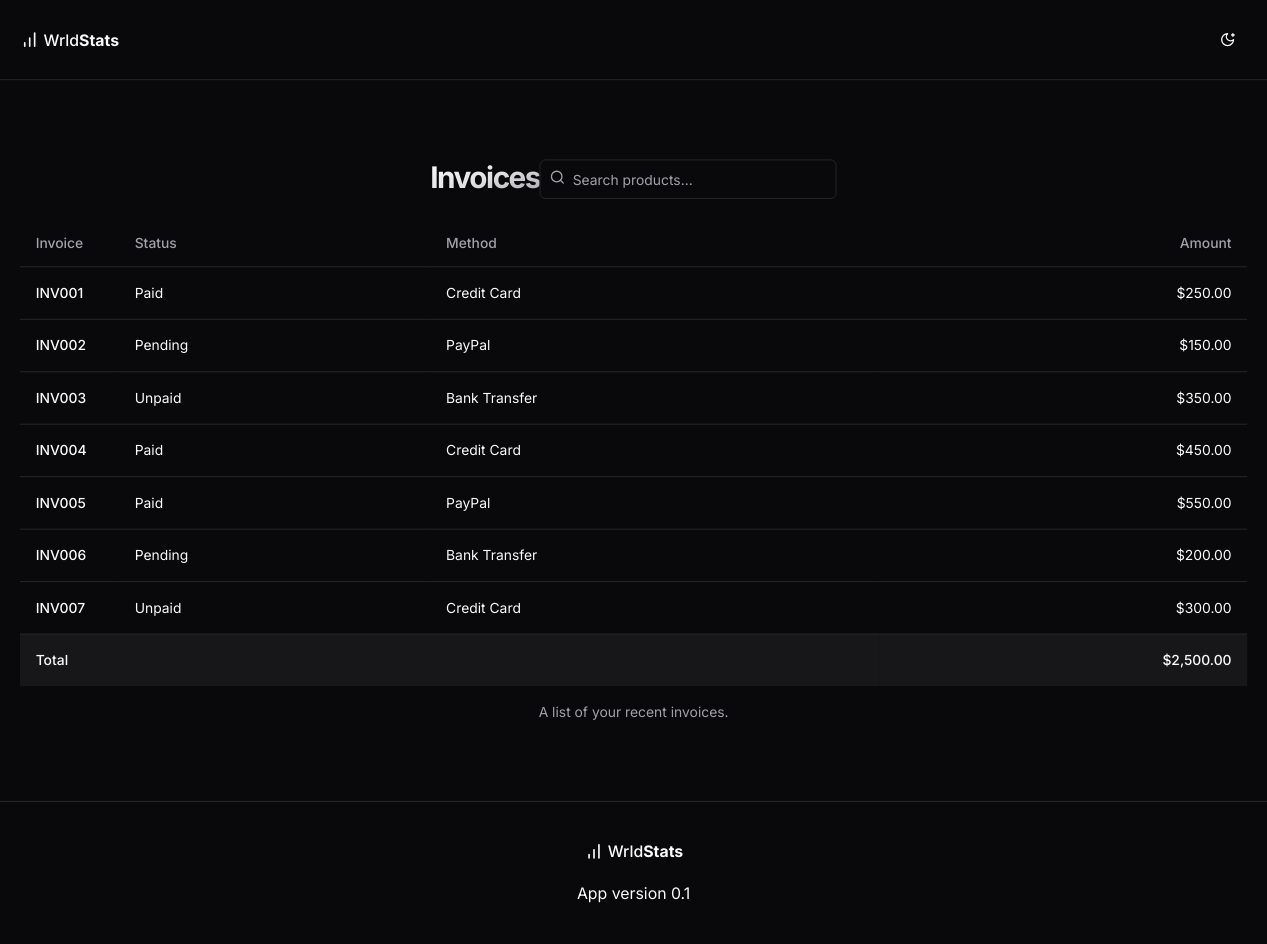
Repository: tushcmd/wrld-stats
Page: /
These files come from the project's save history. The page is drawn as it stood at one moment and after the next save; the edit follows.
The browser window is 1280 px wide. The pictures show the whole page, at 99% of full size.
The project was rebuilt for these pictures with package versions that can differ from the ones it lists, and the page was loaded fresh each time. The framework's server and built-in components were replaced by stand-ins that run in the browser. Also part of the build but not shown: next.config.mjs.

Above is the page before, as saved 2024-04-21 17:11:08.

After the next save:
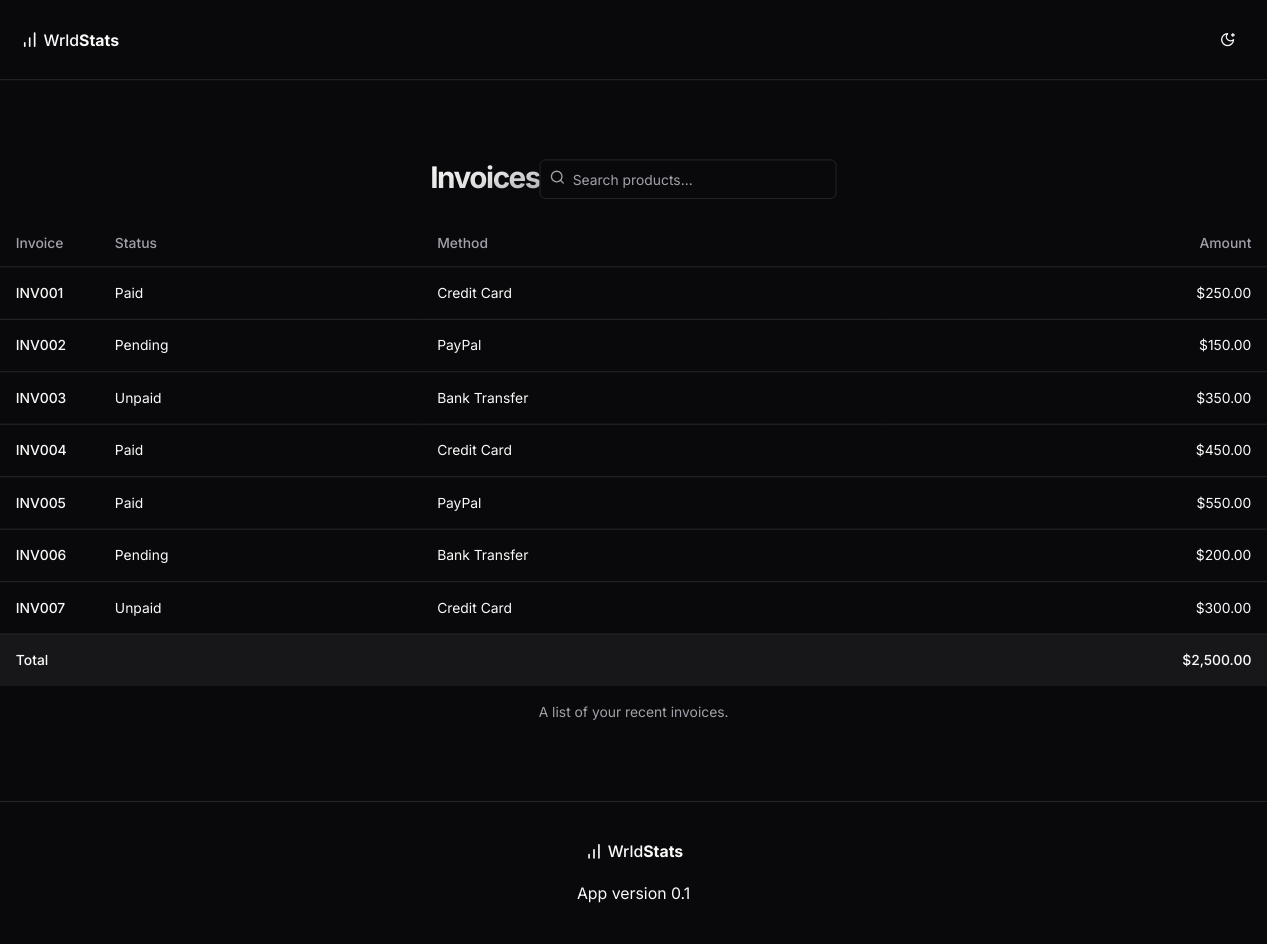
Saved 54 s later.
--- a/app/globals.css
+++ b/app/globals.css
@@ -98,6 +98,6 @@
 	}
 
 	.page-container {
-		@apply layout-container py-20 flex flex-col gap-16 max-w-7xl;
+		@apply py-20 flex flex-col gap-16 max-w-7xl;
 	}
 }

After the save that followed:
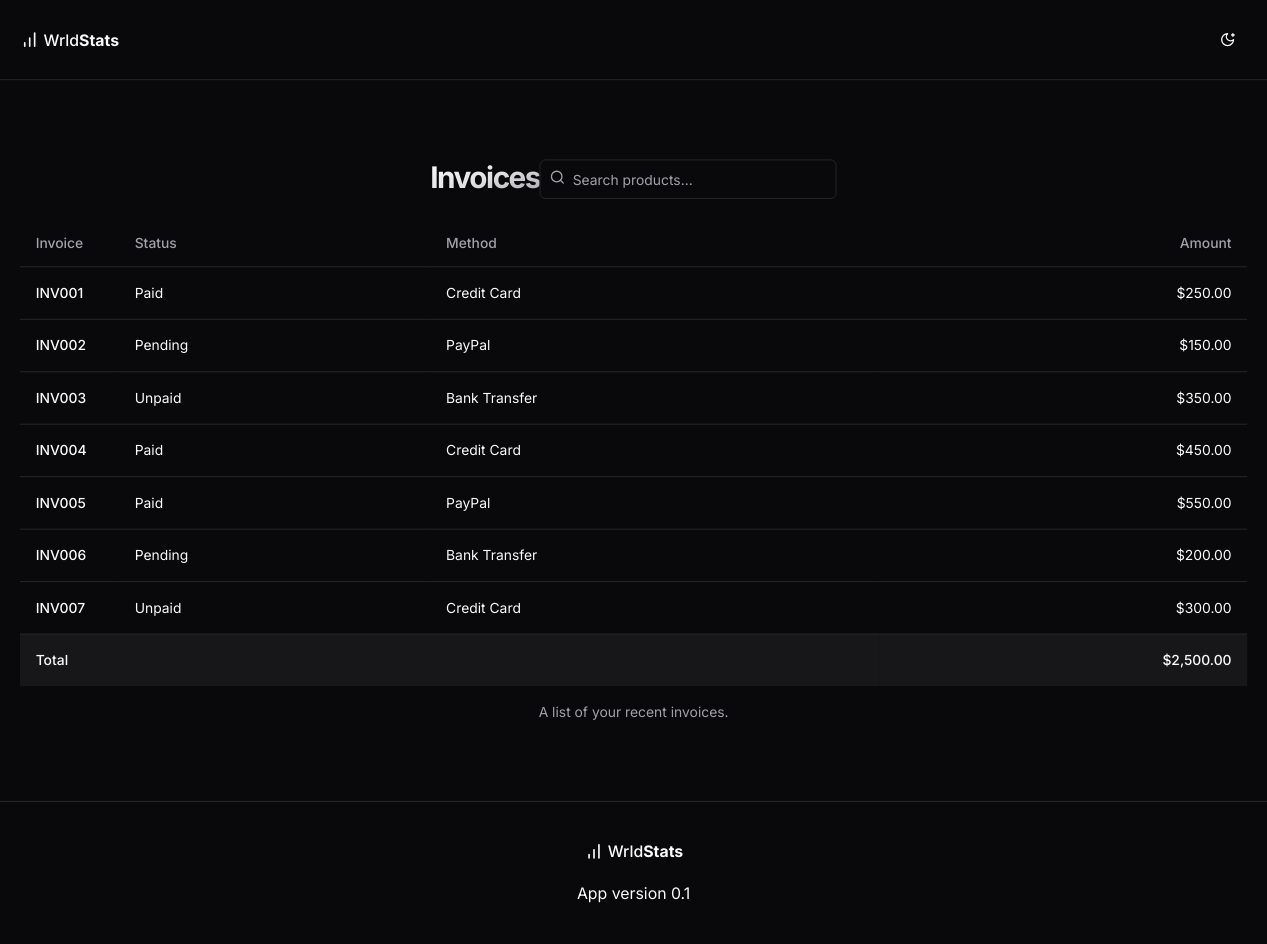
Saved 33 s later.
--- a/app/globals.css
+++ b/app/globals.css
@@ -98,6 +98,6 @@
 	}
 
 	.page-container {
-		@apply py-20 flex flex-col gap-16 max-w-7xl;
+		@apply layout-container py-20 flex flex-col gap-16 max-w-7xl;
 	}
 }
